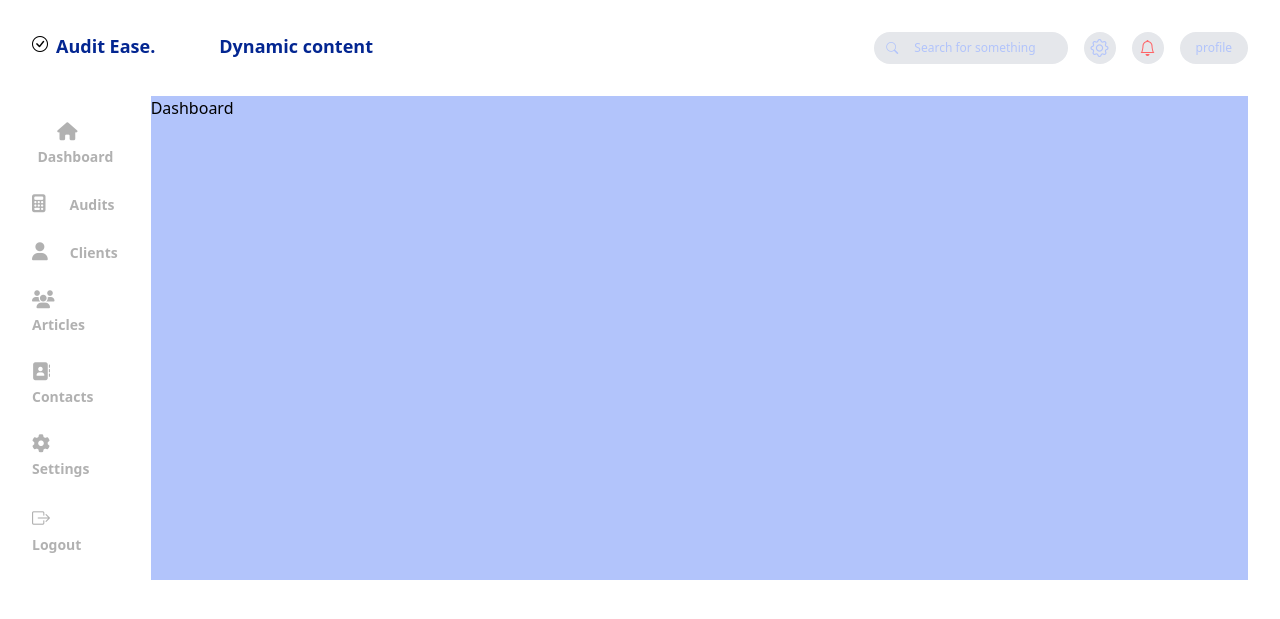
Repository: EclipticCode/Audit-Ease-FE
Page: /
These files come from the project's save history. The page is drawn as it stood at one moment and after a run of saves; the edit follows.
The browser window is 1280 px wide. The pictures show the whole page.
Some web libraries are served in a nearby version. The project was rebuilt for these pictures with package versions that can differ from the ones it lists, and the page was loaded fresh each time. Also part of the build but not shown: vite.config.js, Login.jsx, src/Navbar.jsx, src/Pages/Audits.jsx.

Above is the page before, as saved 2025-03-27 22:42:11.

After the next 3 saves:
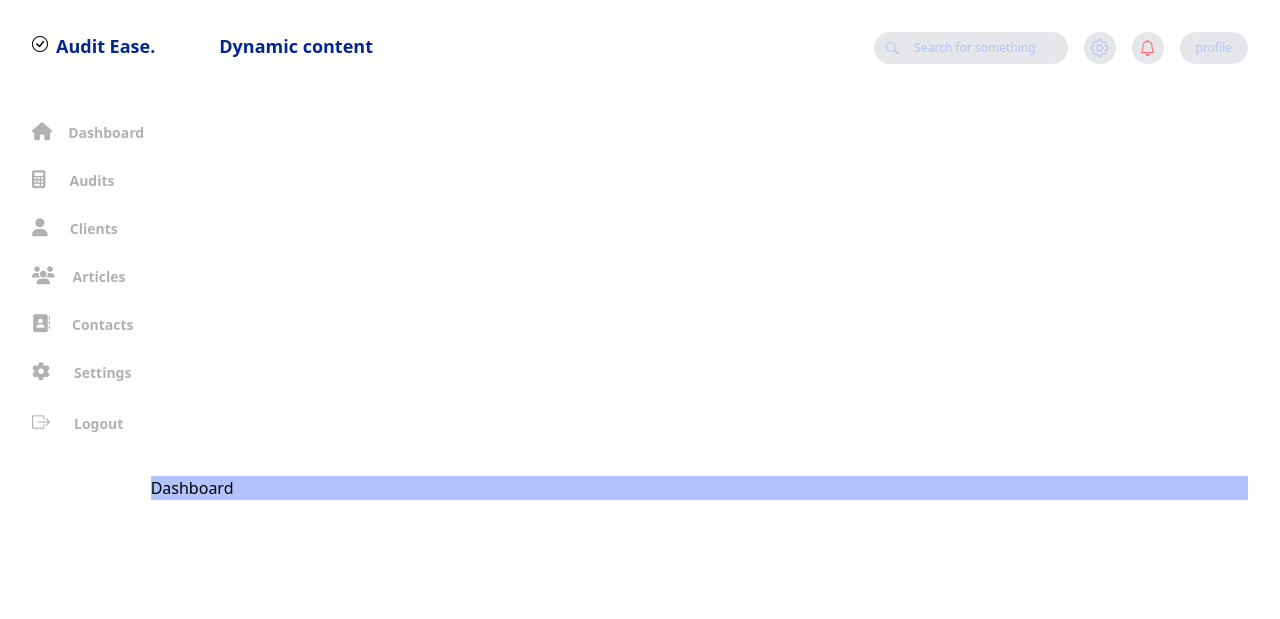
The 3 saves are shown as one change because 1 did not build or start and some came seconds apart.
The last was saved 38 s later.
--- a/src/Pages/Dashboard.jsx
+++ b/src/Pages/Dashboard.jsx
@@ -4,7 +4,6 @@
 const Dashboard = () => {
   return (
     <div className='grid grid-cols-12 gap-4 m-8'>
-      <div>
         <div className='flex flex-col col-start-1 col-end-3 text-light-secondary mt-6'>
             <div className='mb-6'>
             <button>
@@ -19,7 +18,6 @@
             <div className='mb-6'><span><i className="fa-solid fa-gear mr-6 text-lg"></i></span><span className='font-semibold text-sm'>Settings</span></div>
             <div className='mb-6'><span><i className="bi bi-box-arrow-right mr-6 text-lg"></i></span><span className='font-semibold text-sm'>Logout</span></div>
         </div>
-        </div>
       <div className='col-span-11 col-end-13 ml-4 bg-soft-primary'>Dashboard</div>
     </div>
   )

After the save that followed:
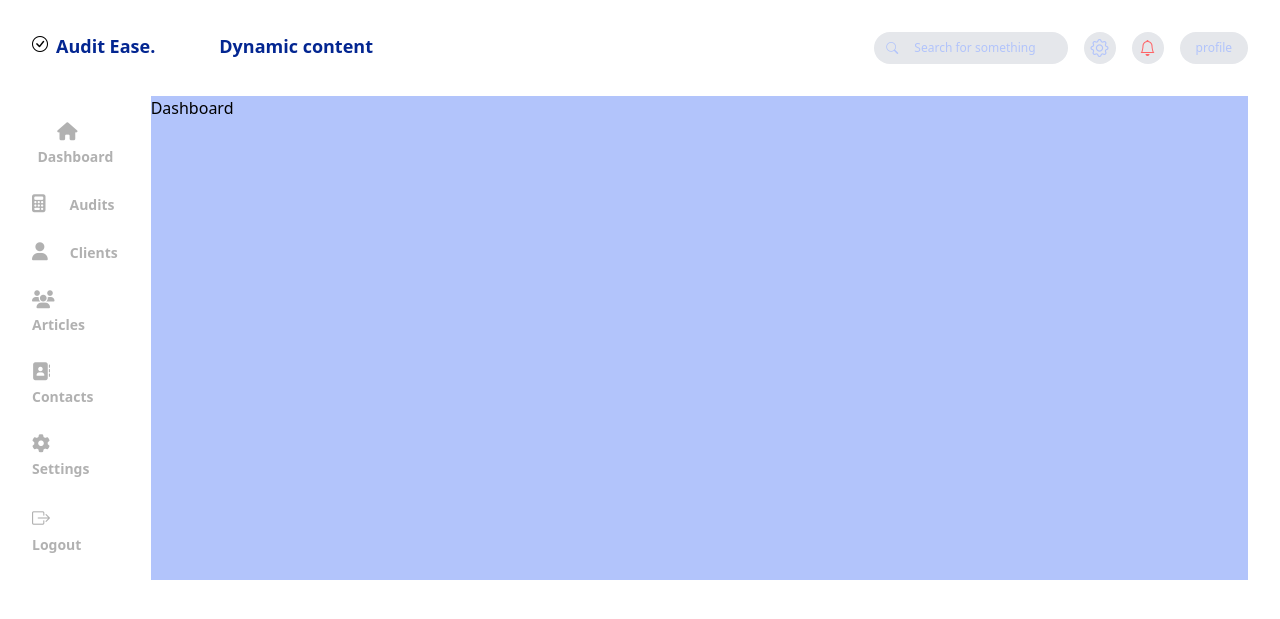
Saved 9 s later.
--- a/src/Pages/Dashboard.jsx
+++ b/src/Pages/Dashboard.jsx
@@ -4,6 +4,7 @@
 const Dashboard = () => {
   return (
     <div className='grid grid-cols-12 gap-4 m-8'>
+      <div>
         <div className='flex flex-col col-start-1 col-end-3 text-light-secondary mt-6'>
             <div className='mb-6'>
             <button>
@@ -18,6 +19,7 @@
             <div className='mb-6'><span><i className="fa-solid fa-gear mr-6 text-lg"></i></span><span className='font-semibold text-sm'>Settings</span></div>
             <div className='mb-6'><span><i className="bi bi-box-arrow-right mr-6 text-lg"></i></span><span className='font-semibold text-sm'>Logout</span></div>
         </div>
+        </div>
       <div className='col-span-11 col-end-13 ml-4 bg-soft-primary'>Dashboard</div>
     </div>
   )
